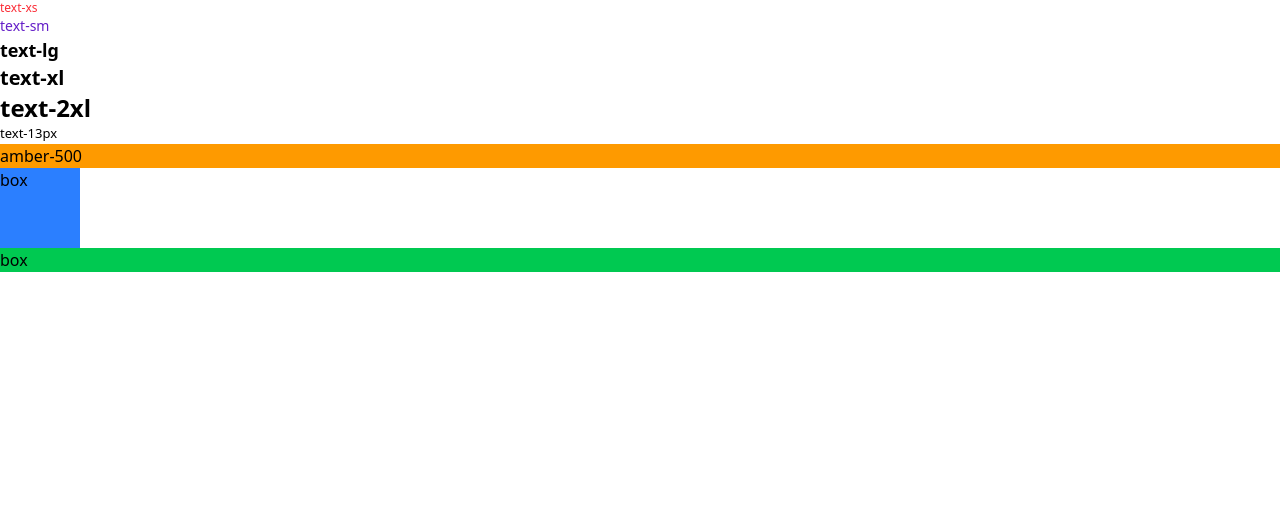
Repository: kkhhjjoo/onebite-tailwind
Page: /
An editor plug-in stored every save of this project. The page is shown before and after the next save, followed by the edit.
The browser window is 1280 px wide. The pictures show the whole page.
The project was rebuilt for these pictures with package versions that can differ from the ones it lists, and the page was loaded fresh each time. Also part of the build but not shown: vite.config.ts, src/App.css.

Above is the page before, as saved 2025-12-24 19:46:03.

After the next save:
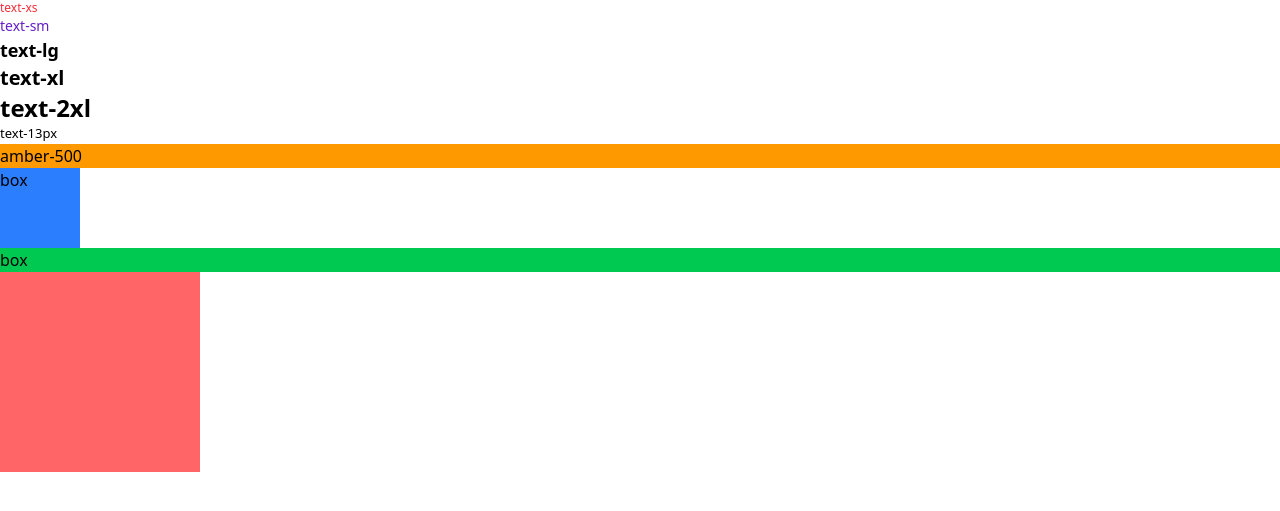
Saved 6 s later.
--- a/src/App.tsx
+++ b/src/App.tsx
@@ -19,7 +19,7 @@ function App() {
       <div className="w-full bg-green-500">box</div>
 
       {/* 4. 여백 */}
-      <div className="h-50 w-50"></div>
+      <div className="h-50 w-50 bg-red-400"></div>
     </div>
   );
 }
